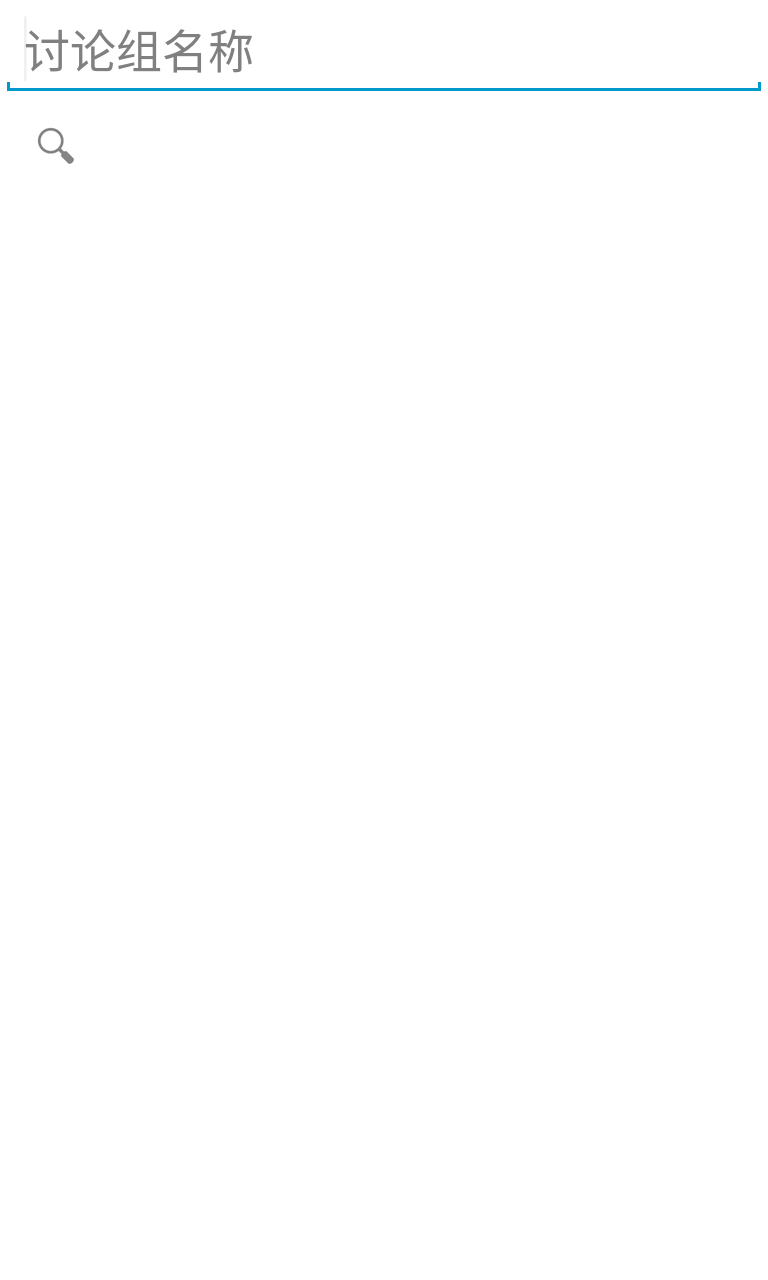
Repository: aojue/HappyAA
Layout: HappyAA/res/layout/creat_tell.xml
These files come from the project's save history. The layout is drawn as it stood at one moment and after the next save; the edit follows.
It is drawn on a 768 x 1280 px phone screen (xhdpi) without system bars, with theme AppTheme; the app's code is not run.

Above is the layout before, as saved 2014-10-25 07:19:51.

After the next save:
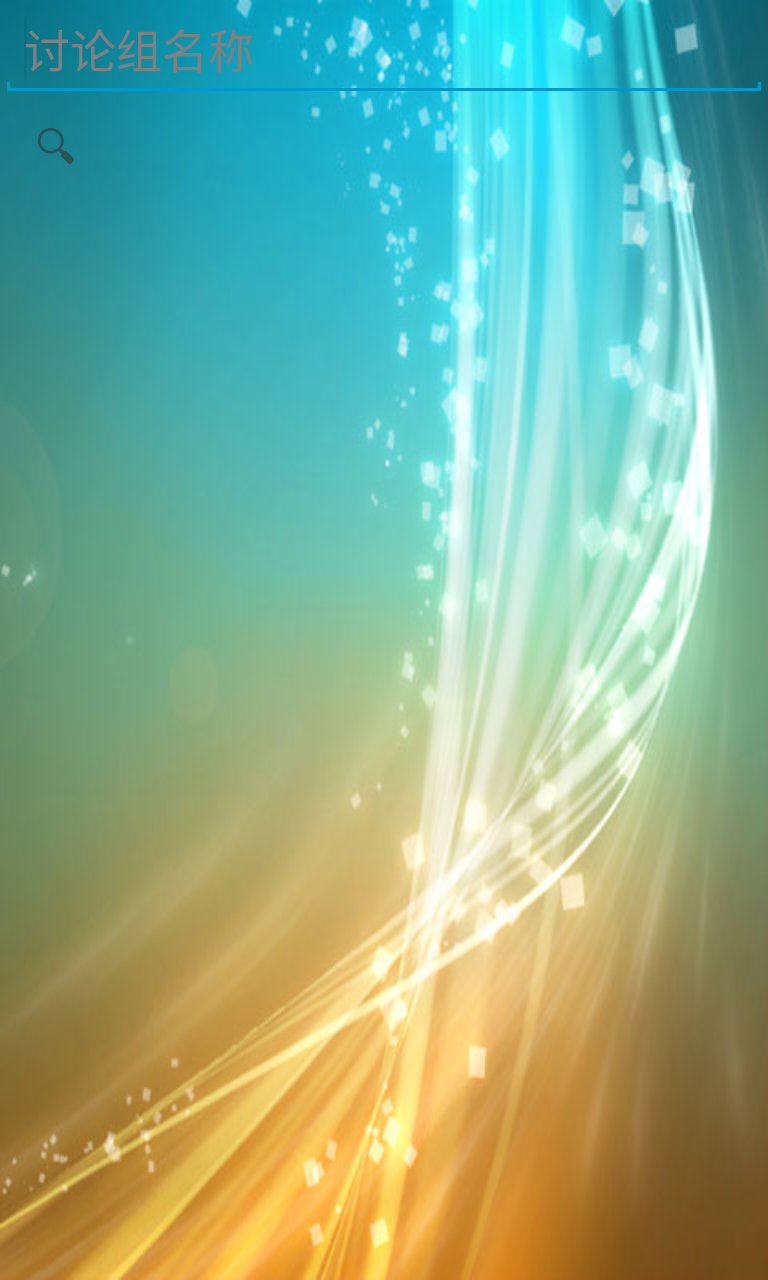
Saved 93 s later.
--- a/HappyAA/res/layout/creat_tell.xml
+++ b/HappyAA/res/layout/creat_tell.xml
@@ -4,7 +4,8 @@
     xmlns:tools="http://schemas.android.com/tools"
     android:layout_width="match_parent"
     android:layout_height="match_parent"
-    tools:context=".CreatTell" >
+    tools:context=".CreatTell"
+    android:background="@drawable/ic_lb_a">
 
     <LinearLayout
         android:id="@+id/Linearlayout2"
